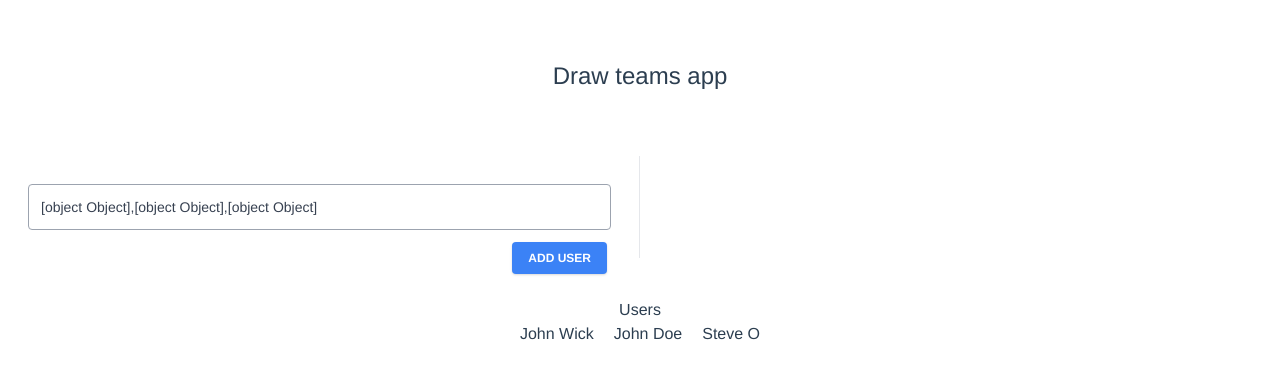
Repository: AlekJanevski/draw-teams-app
Page: /
These files come from the project's save history. The page is drawn as it stood at one moment and after the next save; the edit follows.
The browser window is 1280 px wide. The pictures show the whole page.
The project was rebuilt for these pictures with package versions that can differ from the ones it lists, and the page was loaded fresh each time.

Above is the page before, as saved 2021-03-18 20:55:24.

### src/components/HelloWorld.vue
<template>
  <div>
    <h1 class="mb-16 text-2xl">Draw teams app</h1>

      <form name="todo-form" method="post" action="" v-on:submit.prevent="addTask">

    </form>

    <!-- Add user wrapper starts -->
    <form name="add-user" method="post" @submit.prevent="addUser" class="w-1/2 h-full mb-3 border-r p-7">
      <!-- Add user input starts -->
      <input
        v-model="users"
        type="text"
        placeholder="Placeholder"
        class="relative w-full px-3 py-3 text-sm text-gray-700 placeholder-gray-400 bg-white border border-gray-400 rounded outline-none focus:outline-none focus:shadow-outline"
      />
      <!-- Add user input ends -->

      <!-- Add user button starts -->
      <button class="float-right px-4 py-2 mt-3 mb-1 mr-1 text-xs font-bold text-white uppercase bg-blue-500 rounded shadow outline-none active:bg-blue-600 hover:shadow-md focus:outline-none" type="submit" style="transition: all .15s ease">
        Add user
      </button>
      <!-- Add button ends -->
    </form>

    <div v-if="users.length">
      <h3>Users</h3>
      <ul>
        <li v-for="(user, id) in users" :key="id">
          {{ user.name }}
        </li>
      </ul>
    </div>
    <!-- Add user wrapper ends -->
  </div>
</template>

<script>
export default {
  name: 'HelloWorld',

  data() {
    return {
      users: [
        { name: 'John Wick' },
        { name: 'John Doe' },
        { name: 'Steve O' }
      ],
      userInput: ''
    }
  },

  methods: {

  }
}
</script>

<!-- Add "scoped" attribute to limit CSS to this component only -->
<style scoped>
h3 {
  margin: 40px 0 0;
}
ul {
  list-style-type: none;
  padding: 0;
}
li {
  display: inline-block;
  margin: 0 10px;
}
a {
  color: #42b983;
}
</style>

Loaded but not shown: public/index.html (common file); src/main.js (common file); src/App.vue (common file); src/index.css (common file); tailwind.config.js (common file)

After the next save:
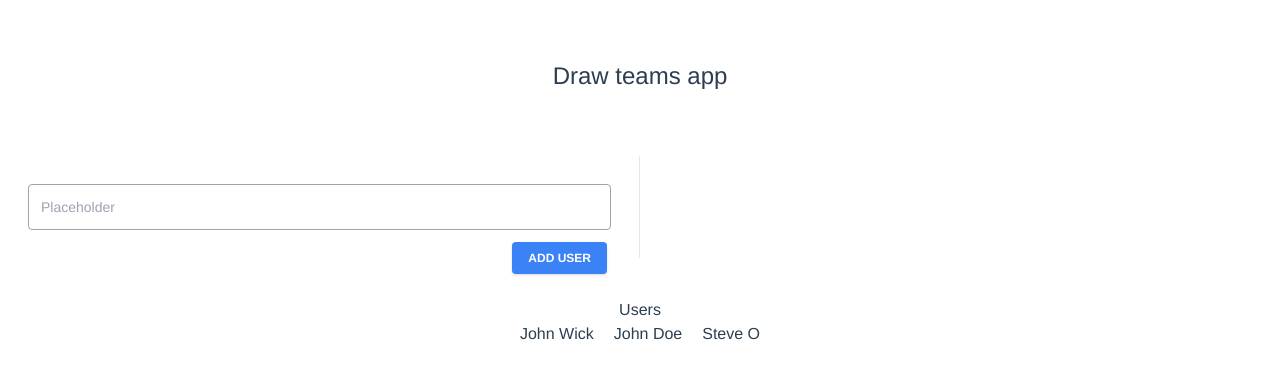
Saved 7 s later.
--- a/src/components/HelloWorld.vue
+++ b/src/components/HelloWorld.vue
@@ -10,7 +10,7 @@
     <form name="add-user" method="post" @submit.prevent="addUser" class="w-1/2 h-full mb-3 border-r p-7">
       <!-- Add user input starts -->
       <input
-        v-model="users"
+        v-model="userInput"
         type="text"
         placeholder="Placeholder"
         class="relative w-full px-3 py-3 text-sm text-gray-700 placeholder-gray-400 bg-white border border-gray-400 rounded outline-none focus:outline-none focus:shadow-outline"
